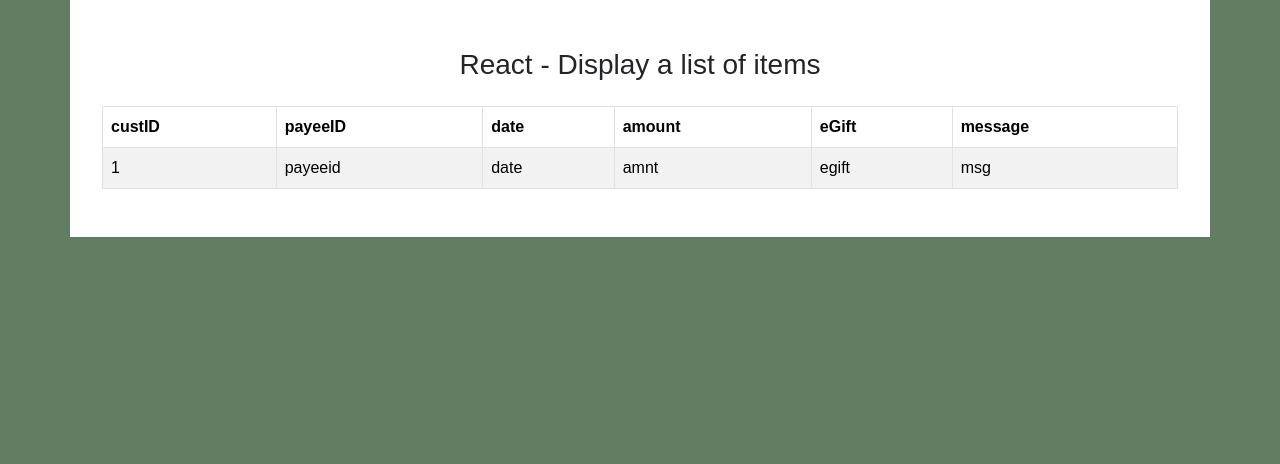
Repository: ryangen97/TT4_Group12
Page: / (app in dbsseed/)
An editor plug-in stored every save of this project. The page is shown before and after a run of saves, followed by the edit.
The browser window is 1280 px wide. The pictures show the whole page.
The project was rebuilt for these pictures with package versions that can differ from the ones it lists, and the page was loaded fresh each time. A package was used in the major version that the imports need, not the one package.json lists.

Above is the page before, as saved 2021-05-07 12:59:14.

After the next 4 saves:
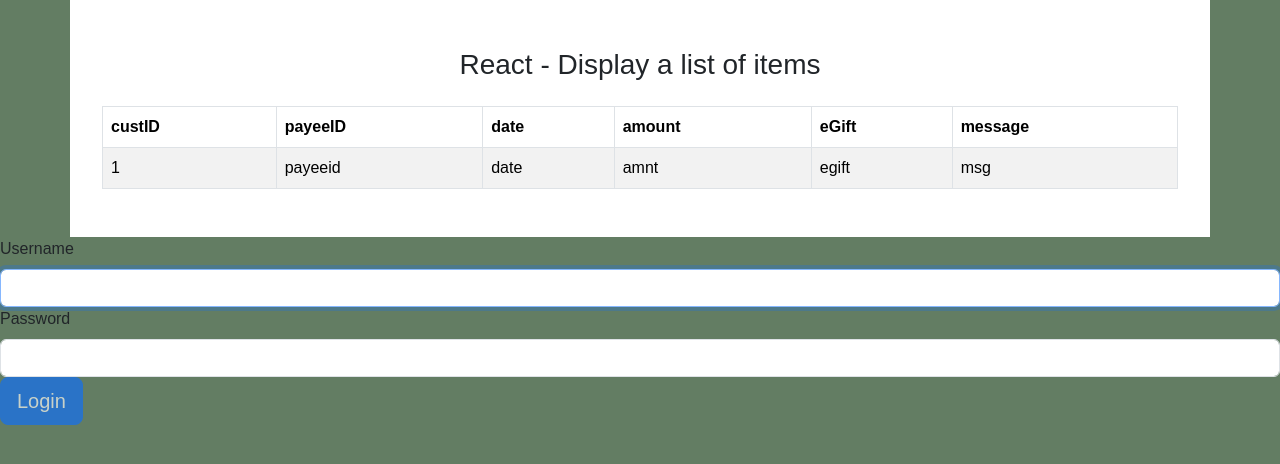
The 4 saves are shown as one change because 3 did not build or start.
The last was saved 70 s later.
--- a/dbsseed/src/App.js
+++ b/dbsseed/src/App.js
@@ -14,6 +14,14 @@
   return (
     <div className="Login">
       <TranscationHistory/>
+      <Router>
+      <Switch>
+
+          <Route exact path="/">
+            <Login />
+          </Route>
+        </Switch>
+        </Router>
     </div>
 
 
